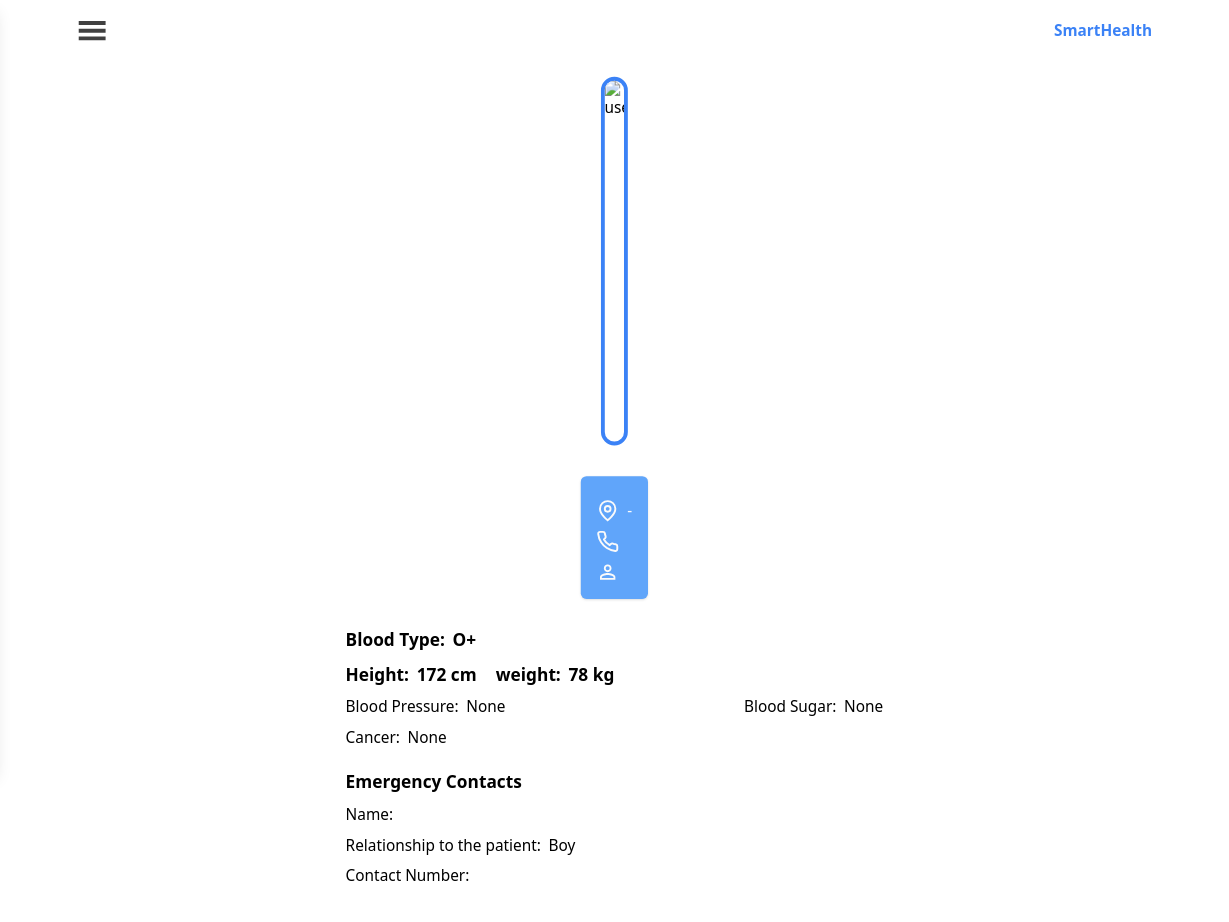
Repository: Sanaa00/HI-user
Page: /home
The author's editor kept a copy of each file at every save. The page is drawn from the files as they stood at one save, then again after the next save.
The browser window is 1280 px wide. The pictures show the whole page, at 96% of full size.
The page's requests for data from a server got no answer. The project was rebuilt for these pictures with package versions that can differ from the ones it lists, and the page was loaded fresh each time. No one was signed in, and anything a server would have sent is missing. Also part of the build but not shown: vite.config.js, src/App.css, src/Components/Pagination.jsx, src/Pages/Prescription.jsx, src/Components/modalComponent.jsx, src/Pages/Laboratory.jsx, src/Pages/Radiographic.jsx, src/Components/InputField.jsx and 2 more.

Above is the page before, as saved 2024-01-12 21:01:07.

### src/main.jsx
import React from 'react';
import ReactDOM from 'react-dom/client';
import App from './App.jsx';
import './index.css';
import Modal from 'react-modal';
import { BrowserRouter } from 'react-router-dom';
Modal.setAppElement('#root');
ReactDOM.createRoot(document.getElementById('root')).render(
  <React.StrictMode>
    <BrowserRouter>
      {/* <Provider store={store}> */}
      <App />
      {/* </Provider>{' '} */}
    </BrowserRouter>
  </React.StrictMode>,
);

### src/App.jsx
import { Route, Routes } from 'react-router-dom';
import './App.css';
import Home from './Pages/Home';
// import Test from './Pages/Test';
import Navbar from './Components/Navbar';
import Prescription from './Pages/Prescription';
import Laboratory from './Pages/Laboratory';
import Radiographic from './Pages/Radiographic';
import ModalComponent from './Components/modalComponent';
import Login from './Pages/Login';
import SignUp from './Pages/SignUp';

function App() {
  return (
    <>
      <Navbar />
      <Routes>
        <Route path="/home" element={<Home />} />
        <Route path="/laboratory" element={<Laboratory />}>
          <Route path=":id" element={<ModalComponent />} />
        </Route>
        <Route path="/Radiographic" element={<Radiographic />} />
        <Route path="/Prescription" element={<Prescription />} />
        <Route path="/" element={<Login />} />
        <Route path="/signup" element={<SignUp />} />
        {/* <Route path="products" element={<Products />} />
          <Route path="setting" element={<Setting />} />
          <Route path="hide" element={<HideProducts />} /> */}
        {/* </Route> */}
      </Routes>
    </>
  );
}

export default App;

### src/Pages/Home.jsx
import { useEffect, useState } from 'react';
import { supabase } from '../supabaseClient';
import { FaLocationDot, FaPhone } from 'react-icons/fa6';
import { LuPhone } from 'react-icons/lu';
import { MdPermIdentity } from 'react-icons/md';
import { CiPhone } from 'react-icons/ci';
import { GrLocation } from 'react-icons/gr';
function Home() {
  const [data, setData] = useState([]);

  useEffect(() => {
    const fetchData = async () => {
      const { data, error } = await supabase
        .from('personInformation')
        .select('*')
        .eq('id', 34567890)
        .single();
      console.log('first', data);
      if (error) console.log('Error', error);
      else setData(data);
    };

    fetchData();
  }, []);
  return (
    <div className="mt-16 min-h-screen p-4 sm:px-10 md:px-20  flex flex-col lg:items-center">
      <div className="flex justify-center items-center">
        {console.log(data)}{' '}
        <img
          className="object-cover rounded-full w-72 border-4 border-blue-500 h-72 lg:w-1/2 lg:h-96 "
          src={data.userImage}
          alt="user"
        />
      </div>
      {/* <div className="mt-5 text-center font-bold text-lg lg:w-1/2">
        Personal Information
      </div> */}
      <div className="mt-3 lg:w-1/2 flex justify-center items-center">
        {/* <span>Name:</span> */}
        <span className="ml-2 font-semibold">{data.fullName}</span>
      </div>{' '}
      {/* <div className="mt-2 flex justify-between items-center lg:w-1/2"> */}
      {/* <span>
          {' '}
          <span>DOB:</span>
          <span className="ml-2">{data.dateOfBirth}</span>
        </span>{' '}
        <span>
          {' '}
          <span>Gender:</span>
          <span className="ml-2">{data.gender}</span>
        </span> */}
      {/* </div>{' '} */}
      <div className="mt-5 bg-blue-400 text-neutral-50 rounded-md p-4 shadow ">
        {' '}
        <div className="mt-2 flex justify-between items-center lg:w-1/2">
          <span className="flex items-center flex-row">
            {' '}
            <span>
              <GrLocation className="w-6 h-6" />
            </span>
            <span className="ml-2">
              {data.city}-{data.address}
            </span>
          </span>
        </div>
        {/* ****************** */}
        <div className="mt-2 flex justify-between items-center lg:w-1/2">
          <span className="flex items-center">
            {' '}
            <span>
              <LuPhone className="w-6 h-6" />
            </span>
            <span className="ml-2">{data.contactNumber}</span>
          </span>{' '}
        </div>{' '}
        <div className="mt-2 flex justify-between items-center lg:w-1/2">
          <span className="flex items-center">
            {' '}
            <span>
              <MdPermIdentity className="w-6 h-6" />
            </span>
            <span className="ml-2">{data.id}</span>
          </span>{' '}
        </div>
      </div>
      {/* **********vital information*********** */}
      <div className="mt-5 font-bold text-lg lg:w-1/2">
        {' '}
        <div className="mt-2 flex justify-between items-center lg:w-1/2">
          <span>
            {' '}
            <span>Blood Type:</span>
            <span className="ml-2">O+</span>
          </span>{' '}
        </div>{' '}
        <div className="mt-2 flex justify-between items-center lg:w-1/2">
          <span>
            {' '}
            <span>Height:</span>
            <span className="ml-2">172 cm</span>
          </span>{' '}
          <span>
            {' '}
            <span>weight:</span>
            <span className="ml-2">78 kg</span>
          </span>{' '}
        </div>{' '}
      </div>
      {/* <div className="mt-2 flex justify-between items-center lg:w-1/2">
        <span>
          {' '}
          <span>Blood Type:</span>
          <span className="ml-2">O+</span>
        </span>{' '}
      </div>{' '}
      <div className="mt-2 flex justify-between items-center lg:w-1/2">
        <span>
          {' '}
          <span>Height:</span>
          <span className="ml-2">172 cm</span>
        </span>{' '}
        <span>
          {' '}
          <span>weight:</span>
          <span className="ml-2">78 kg</span>
        </span>{' '}
      </div>{' '} */}
      <div className="mt-2 flex justify-between items-center lg:w-1/2">
        <span>
          {' '}
          <span>Blood Pressure:</span>
          <span className="ml-2">None</span>
        </span>{' '}
        <span>
          {' '}
          <span>Blood Sugar:</span>
          <span className="ml-2">None</span>
        </span>{' '}
      </div>{' '}
      <div className="mt-2 flex justify-between items-center lg:w-1/2">
        <span>
          {' '}
          <span>Cancer:</span>
          <span className="ml-2">None</span>
        </span>{' '}
      </div>{' '}
      {/* ***************Emergency Contacts********** */}
      <div className="mt-5 font-bold text-lg lg:w-1/2">Emergency Contacts</div>
      <div className="mt-2 flex justify-between items-center lg:w-1/2">
        <span>
          {' '}
          <span>Name:</span>
          <span className="ml-2">{data.emergencyContactName}</span>
        </span>{' '}
      </div>{' '}
      <div className="mt-2 flex justify-between items-center lg:w-1/2">
        <span>
          {' '}
          <span>Relationship to the patient:</span>
          <span className="ml-2">Boy</span>
        </span>{' '}
      </div>{' '}
      <div className="mt-2 mb-5 flex justify-between items-center lg:w-1/2">
        <span>
          {' '}
          <span>Contact Number:</span>
          <span className="ml-2">{data.emergencyContactNumber}</span>
        </span>{' '}
      </div>
    </div>
  );
}

export default Home;

### src/Components/Navbar.jsx
import { useState } from 'react';
import { Link, NavLink } from 'react-router-dom';
import { GiHamburgerMenu } from 'react-icons/gi';
import { IoCloseSharp } from 'react-icons/io5';
function Navbar() {
  const [open, setOpen] = useState(false);
  return (
    <div className="flex text-neutral-700 top-0 z-50 fixed px-4 sm:px-10 md:px-20 justify-between items-center bg-white h-16 w-full">
      <div
        className={` flex justify-between hover:bg-opacity-80 duration-500 hover:duration-500 items-center w-full h-full text-lg font-bold`}
      >
        <button onClick={() => setOpen(!open)} className="">
          <GiHamburgerMenu className="w-8 h-8" />
        </button>{' '}
        <div
          className={` bg-white rounded-sm  flex flex-col fixed w-4/5 lg:w-96 top-0 z-40 left-0 shadow-lg transform duration-500 ease-in-out ${
            open ? 'translate-x-0' : '-translate-x-full'
          }`}
        >
          <button
            onClick={() => setOpen(!open)}
            className="mt-3 mb-2 left-0 px-3 flex h-16"
          >
            <IoCloseSharp className="w-9 h-9" />
          </button>

          <div className="w-full h-screen flex flex-col text-orange p-4">
            <Link to="/home" onClick={() => setOpen(!open)} className="pb-3">
              Person Information
            </Link>
            <Link
              to="/Radiographic"
              onClick={() => setOpen(!open)}
              className="py-3"
            >
              Radiographic examination
            </Link>
            <Link
              to="/laboratory"
              onClick={() => setOpen(!open)}
              className="py-3"
            >
              Laboratory examination
            </Link>
            <Link
              to="/Prescription"
              onClick={() => setOpen(!open)}
              className="py-3"
            >
              Prescription
            </Link>
          </div>
        </div>
      </div>
      <NavLink to="/home" className="ml-2 font-bold text-blue-500">
        SmartHealth
      </NavLink>
    </div>
  );
}

export default Navbar;

### src/supabaseClient.js
import { createClient } from '@supabase/supabase-js';

const supabaseUrl =
    import.meta.env.VITE_REACT_APP_SUPABASE_URL;
const supabaseAnonKey =
    import.meta.env.VITE_REACT_APP_SUPABASE_ANON_KEY;

export const supabase = createClient(supabaseUrl, supabaseAnonKey);

Loaded but not shown: index.html (common file); src/index.css (common file); tailwind.config.js (common file)

After the next save:
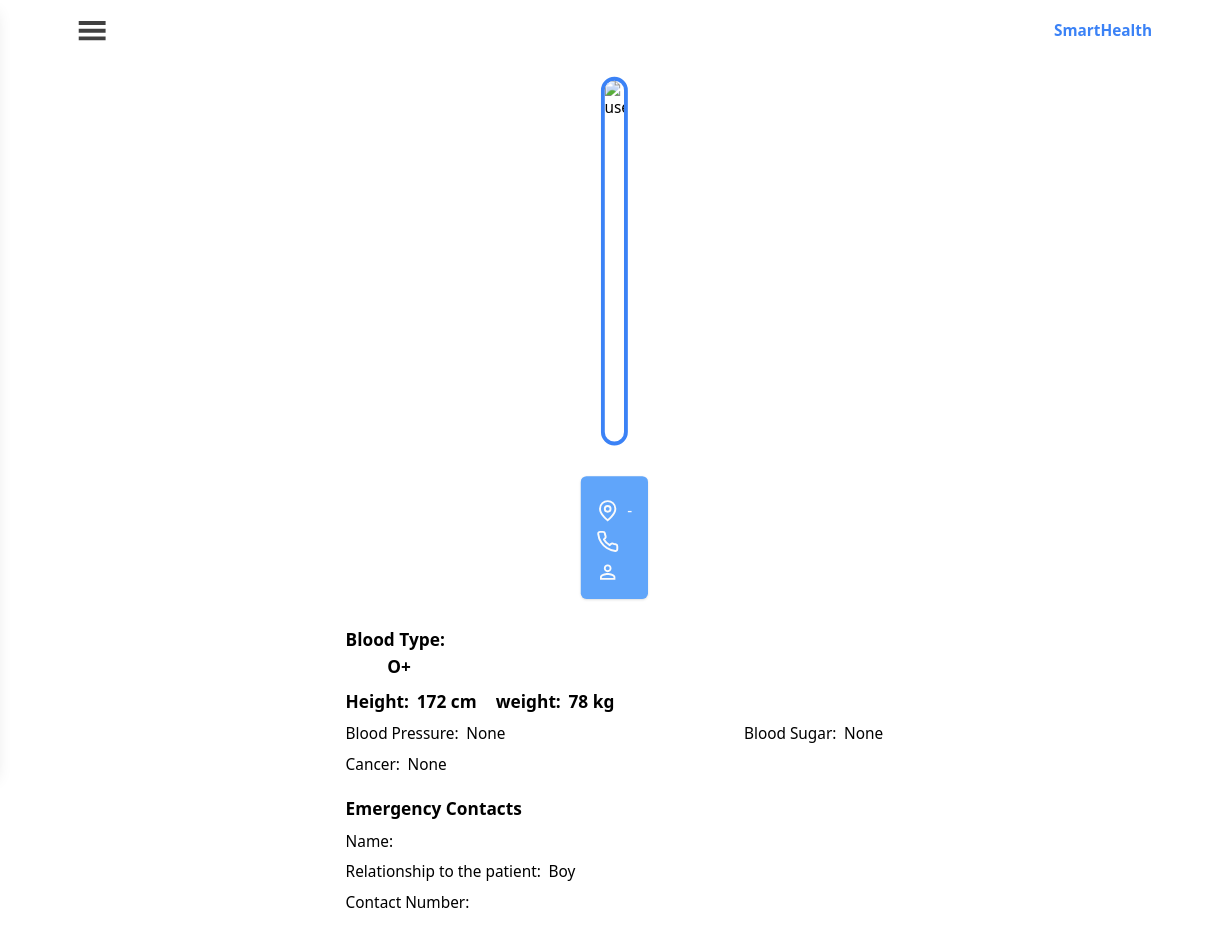
Saved 2 min 31 s later.
--- a/src/Pages/Home.jsx
+++ b/src/Pages/Home.jsx
@@ -88,7 +88,7 @@ function Home() {
       <div className="mt-5 font-bold text-lg lg:w-1/2">
         {' '}
         <div className="mt-2 flex justify-between items-center lg:w-1/2">
-          <span>
+          <span className="flex flex-col items-center">
             {' '}
             <span>Blood Type:</span>
             <span className="ml-2">O+</span>
